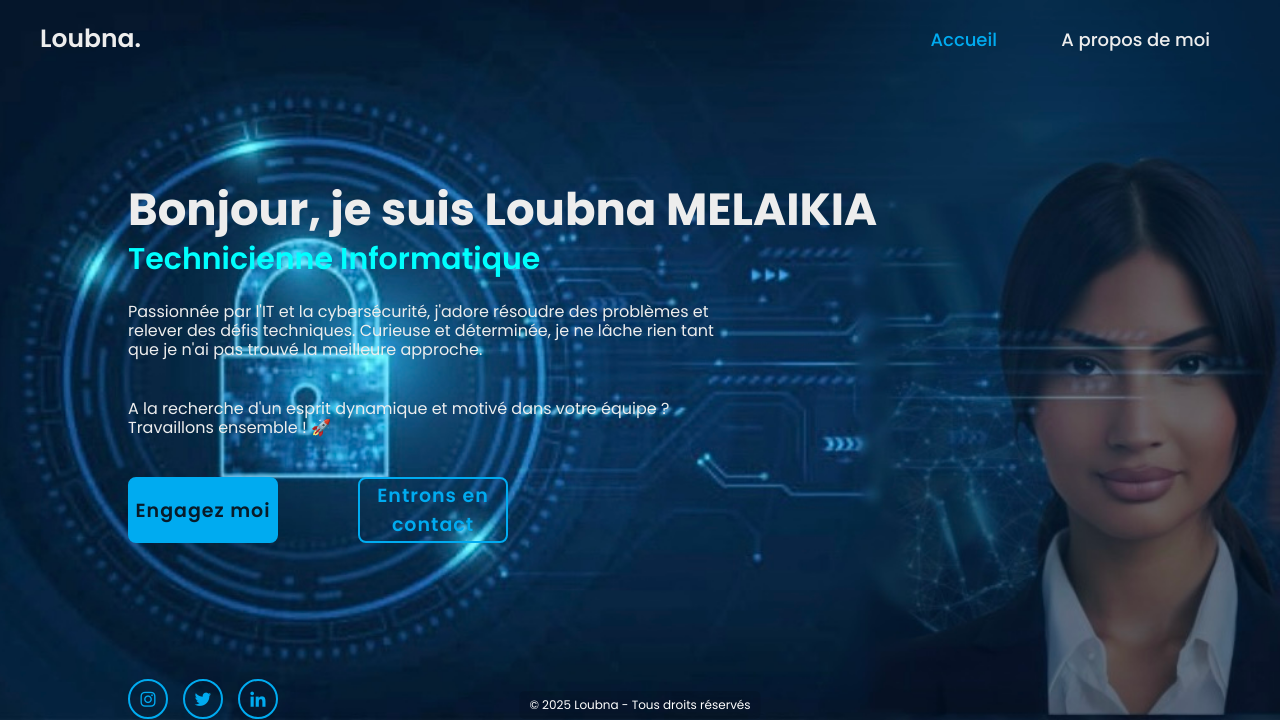
Repository: Loubna77290/Portfolio-de-Loubna
Page: index.html
These files come from the project's save history. The page is drawn as it stood at one moment and after the next save; the edit follows.
The browser window is 1280 px wide. The pictures show the whole page.

Above is the page before, as saved 2025-05-02 14:20:40.

### index.html
<!DOCTYPE html>
<html lang="en">
<head>
    <meta charset="UTF-8">
    <meta name="viewport" content="width=device-width, initial-scale=1.0">
    <title>Portfolio personnel SITE Loubna</title>
    <link rel="stylesheet" href="style.css">
    <link href='https://unpkg.com/boxicons@2.1.4/css/boxicons.min.css'rel='stylesheet'>

</head>

<body>
  <header class="header">
        <a href="#" class="logo">Loubna.</a>

        <nav class="navbar">
            <a href="#"class="active">Accueil</a>
            <a href="about.html">A propos de moi</a>

        </nav>
    </header>

    <section class="accueil">
        <div class="accueil-contenu">
            <h2>Bonjour, je suis Loubna MELAIKIA</h2>
            <h3>Technicienne Informatique</h3>
                <p> Passionnée par l'IT et la cybersécurité, j'adore résoudre des problèmes et relever des défis techniques.
                    Curieuse et déterminée, je ne lâche rien tant que je n'ai pas trouvé la meilleure approche.  <br>
                  <p>  A la recherche d'un esprit dynamique et motivé dans votre équipe ? Travaillons ensemble ! &#128640;</p>
            <div class="btn-box">
                <a href="#">Engagez moi</a>
                <a href="contact.html">Entrons en contact</a>
            </div>
         </div>

         <div class="home-sci">
            <a href=""><i class='bx bxl-instagram'></i></a>
            <a href="#"><i class='bx bxl-twitter'></i></a>
            <a href="https://www.linkedin.com/in/loubna-m-baaa031a6/"target="_blank"><i class='bx bxl-linkedin'></i></a>
         </div>
        </section>
    </body>

         <footer>
          <p>&copy; 2025 Loubna - Tous droits réservés </p>
         </footer>

</html>

### style.css
@import url('https://fonts.googleapis.com/css2?family=Poppins:wght@300;400;500;600;700;800;900&display=swap');

* {
    margin: 0;
    padding: 0;
    box-sizing: border-box;
    font-family: 'Poppins', sans-serif;

}

body {
    background: #081b29;
    color: #ededed;

}

.header {
    position:fixed;
    top: 0;
    left:0;
    width: 100%;
    padding: 20px 10px;
    background: transparent;
    display: flex;
    justify-content: space-between;
    align-items: center;
    z-index: 100;
}


.logo {
    position: relative;
    margin-left: 30px;
    font-size: 25px;
    color: #ededed;
    text-decoration: none;
    font-weight: 600;

}

.logo::before {
    content: '';
    position: absolute;
    top: 0;
    right: 0;
    width: 100%;
    height: 100%;
    background: #081b29b6;
    animation: showRight 1s ease forwards;
    animation-delay: .4s;;
}

.navbar a {
    font-size: 18px;
    color: #ededed;
    text-decoration: none;
    font-weight: 500;
    margin-right: 60px;
    justify-content: flex-end;
    transition: .3s;

}

.navbar a:hover,
.navbar a.active {
    color: #00abf0;

}

.accueil {
    position: relative;
    height: 100vh;
    background: url(./IMG_7408.jpg) no-repeat center center;
    background-size: cover;
    display: flex;
    align-items: center;
    padding: 0 10%;

}

.accueil-contenu {
    background: transparent;
    max-width: 600px;


    }

.accueil-contenu h2 {
    font-size: 45px;
    font-weight: 700;
    line-height: 1.2;
    white-space: nowrap;
}

.accueil-contenu h2::before {
    content: '';
    position: absolute;
    top: 0;
    right: 0;
    width: 100%;
    height: 100%;
    background: #081b29;
    animation: showRight 1s ease forwards;
    animation-delay: 1s;
}

.accueil-contenu h3 {
    font-size: 30px;
    font-weight: 600;
    color: #0ff;

}

.accueil-contenu p {
    font-size: 16px;
    margin: 20px  0 40px;
    line-height: 1.2;
}

.accueil-contenu .btn-box {
    position: relative;
    display: flex;
    justify-content: space-between;
    width: 380px;
    height: 60px;

}

.accueil-contenu .btn-box::before {
    content: '';
    position: absolute;
    top: 0;
    right: 0;
    width: 100%;
    height: 100%;
    background: #081b294d;
    animation: showRight 1s ease forwards;
    animation-delay: 1.9s;
    z-index: 2;
}

.btn-box a {
    position: relative;
    display: inline-flex;
    justify-content: center;
    align-items: center;
    width: 150px;
    height: 110%;
    background: #00abf0;
    border: 2px solid #00abf0;
    border-radius: 8px;
    font-size: 19px;
    color: #081b29;
    text-align: center;
    text-decoration: none;
    font-weight: 600;
    letter-spacing: 1px;
    z-index: 1;
    overflow: hidden;
    transition: .5s;
}

.btn-box a:hover {
    color: #00abf0;

}

.btn-box a:nth-child(2) {
    background: transparent;
    color:#00abf0
}

.btn-box a:nth-child(2):hover {
    color:#081b29;
}


.btn-box a:nth-child(2)::before {
    background: #00abf0;
    }

.btn-box a::before {
    content: '';
    position: absolute;
    top: 0;
    left: 0;
    width: 0;
    height: 100%;
    background: #081b29;
    z-index: -1;
    transition: .5s;
}

.btn-box a:hover::before {
    width: 100%;
    }

.home-sci {
    position: absolute;
    bottom: 1px;
    width: 150px;
    display: flex;
    justify-content: space-between;
}

.home-sci::before {
    content: '';
    position: absolute;
    top: 0;
    right: 0;
    width: 100%;
    height: 100%;
    background: #081b29;
    animation: showRight 1s ease forwards;
    animation-delay: 2.5s;
    z-index: 2;
}

.home-sci a {
    position: relative;
    display: inline-flex;
    justify-content: center;
    align-items: center;
    width: 40px;
    height: 40px;
    background: transparent;
    border: 2px solid #00abf0;
    border-radius: 50%;
    font-size: 20px;
    text-decoration: none;
    z-index: 1;
    overflow: hidden;
    transition: .5s;
    color: #00abf0;
}

.home-sci a:hover {
    color: #081b29;

}
.home-sci a::before {
    content: '';
    position: absolute;
    top: 0;
    left: 0;
    width: 0;
    height: 100%;
    background:#00abf0;
    transition: .5s;
    z-index: -1;
}

.home-sci a:hover::before {
    width: 100%;
}

/* KEYFRAMES ANIMATION */
@keyframes showRight {
    100% {
        width: 0;
    }
}

.contact-background  {
    background: url('IMG_7400.jpg');
    min-height: 100vh;
    height: 100vh;
    background-size: cover;
    display: flex;
    justify-content: center;
    align-items: center;
}

.contact-background form {
    width: 670px;
    height: 400px;
    display: flex;
    justify-content: center;
    box-shadow: 20px 20px 50px rgba(0, 0, 0, 0.5);
    border-radius: 15px;
    background: rgba(255,255,255,0.1);
    backdrop-filter: blur(5px);
    flex-wrap: wrap;
}

.contact-background h1 {
    color: aliceblue;
    font-weight: 500;
    margin-top: 20px;
    width: 500px;
    text-align: center;
}

.contact-background form input {
    width: 290px;
    height: 40px;
    padding-left: 10px;
    outline: none;
    border: none;
    font-size: 15px;
    margin-bottom: 10px;
    background: none;
    border-bottom: 2px solid floralwhite;
     }


 .contact-background form input::placeholder {
    color: aliceblue;
 }

 .contact-background form #lastname,
 .contact-background form #mobile {
    margin-left: 60px;

 }
.contact-background form h4 {
    font-weight: 300;
    width: 600px;
    margin-top: 20px;
}

.contact-background form textarea {
    background: none;
    border: none;
    border-bottom: 2px solid #ffff;
    color: #ffff;
    font-weight: 200;
    font-size: 15px;
    padding: 10px;
    outline: none;
    min-width: 600px;
    max-width: 600px;
    min-height: 80px;
    max-height: 80px;

}

textarea::-webkit-scrollbar {
     width: 1em;
}

textarea::-webkit-scrollbar-thumn {
    background-color: #ffff;

}


.contact-background form #button {
    border: none;
    background: #ffff;
    border-radius: 5px;
    margin-top: 20px;
    font-weight: 600;
    font-size: 20px;
    color: #071d4d;
    width: 100px;
    padding: 0;
    margin-right: 500px;
    margin-bottom: 30px;
    transition: 0.3s;

}


.contact-background form #button:hover {
    opacity: 0.7;

}
/* footer page à propos de moi  */
footer {
    position: absolute;
    bottom: 1px;
    left: 50%;
    transform: translate(-50%);
    background: rgba(0, 0, 0, 0.116);
    color: white;
    padding: 5px 10px;
    font-size: 12px;
    border-radius: 5px;
    z-index: 10;
}

.about-background  {
    background: url('IMG_7400.jpg');
    height: 100vh;
    background-size: cover;
    display: flex;
}

/* contenu de la page à propos de moi  */
.about-content {
    display: flex;
    flex-direction: column;
    justify-content: baseline;
    margin-top: 40px;
    width: 100%;
}

.about-content h1 {
    font-weight: 900;
    color: #ededed;
   margin-left: 120px;
}

.about-content p {
    padding: 30px;
    color: #ffff;
    text-align: left;
}

.about-content h2 {
    font-weight: 900;
    color: #ededed;
   margin-left: 100px;
}

.about-background {
    display: flex;
    justify-content: space-between;
    align-items:flex-start;
    padding: 50px;
}
.about-content {
    width: 55%;
}

.about-skills {
    margin: 100px;
    width: 40%;
    background: rgba(255,255,255,0.1);
    padding: 20px;
    border-radius: 10px;

}

.about-skills h2 {
    color: #00abf0;
    margin-bottom: 10px;
}

.about-skills ul {
    list-style: none;
    padding: 0;

}

.about-skills li {
    font-size: 16px;
    margin-bottom: 25px;
 }

 .about-content {
    opacity: 0;
    animation: fadeIn 1s ease-in forwards;
    animation-delay: 1s;
 }

 .about-skills {
     opacity: 0;
     animation: fadeIn 1s ease-in forwards;
     animation-delay: 3s;
    }

    /* mise en place d'animation avec keyframe  */

    @keyframes fadeIn {
        from{
            opacity: 0;
            transform: translateY(20px);
        }
        to {
            opacity: 1;
            transform: translateY(0);
        }
    }


    /* style fiche contact css  */

After the next save:
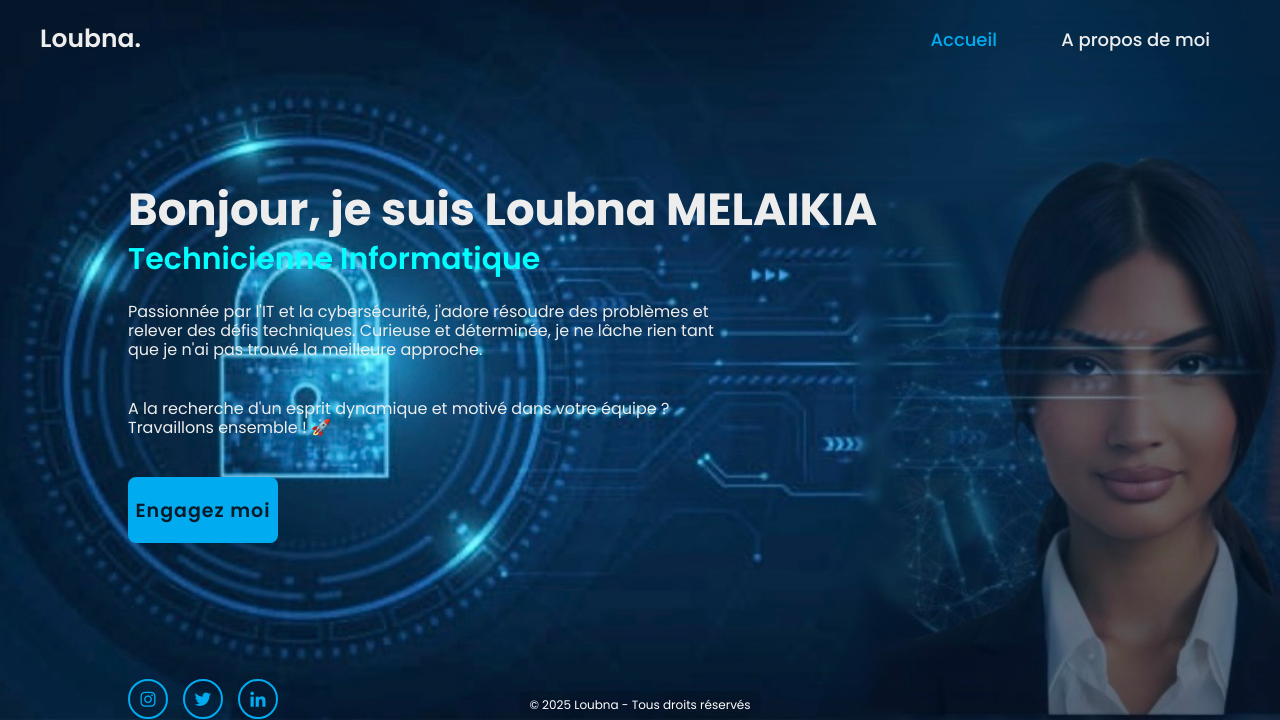
Saved 39 min 54 s later.
--- a/index.html
+++ b/index.html
@@ -29,7 +29,7 @@
                   <p>  A la recherche d'un esprit dynamique et motivé dans votre équipe ? Travaillons ensemble ! &#128640;</p>
             <div class="btn-box">
                 <a href="#">Engagez moi</a>
-                <a href="contact.html">Entrons en contact</a>
+
             </div>
          </div>
 
